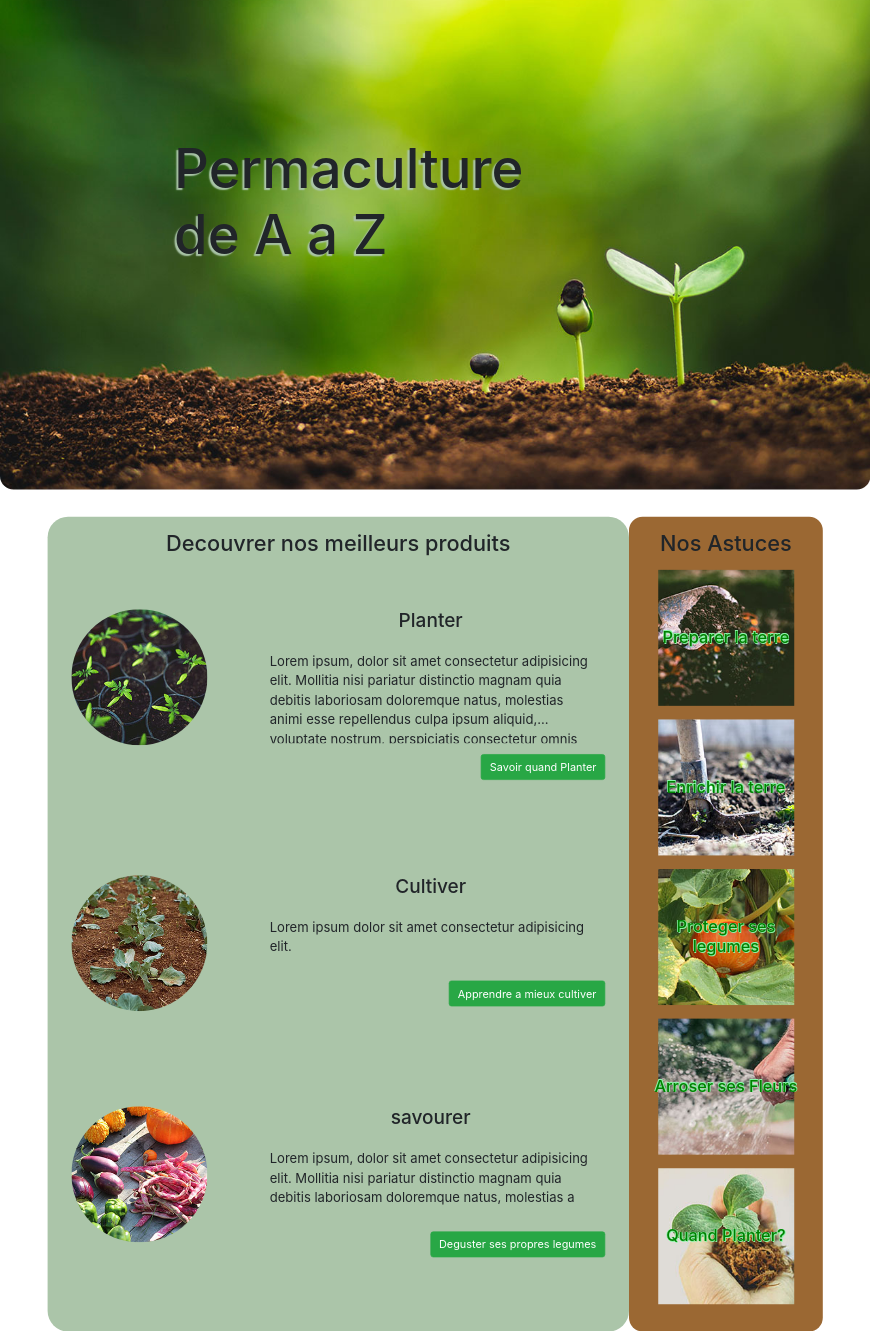
Repository: ahthionkevin/permaculture
Page: index.html
An editor plug-in stored every save of this project. The page is shown before and after the next save, followed by the edit.
The browser window is 1280 px wide. The pictures show the whole page, at 68% of full size.
Backgrounds fixed to the window are drawn as part of the page.

Above is the page before, as saved 2021-07-06 22:17:51.

### index.html
<!DOCTYPE html>
<html lang="fr">
<head>
    <meta charset="UTF-8">
    <meta http-equiv="X-UA-Compatible" content="IE=edge">
    <meta name="viewport" content="width=device-width, initial-scale=1.0">
    <title>Document</title>
    <link rel="stylesheet" href="./bootstrap.css">
    <link rel="stylesheet" href="./style.css">
</head>
<body>
    <header>
        <h1>Permaculture <br>de A a Z</h1>
    </header>
    <div class="container">
        <div class="row">
            <div class="col-lg-9" id="leftPart">
                <h2>Decouvrer nos meilleurs produits</h2>
                <div class="container">
                    <div class="row element">
                        <div class="col-sm-4">
                            <img src="./media/planter.jpg" alt="planter">
                        </div>
                        <div class="col-sm-8">
                            <h3>Planter</h3>
                            <p>Lorem ipsum, dolor sit amet consectetur adipisicing elit. Mollitia nisi pariatur distinctio magnam quia debitis laboriosam doloremque natus, molestias animi esse repellendus culpa ipsum aliquid, voluptate nostrum, perspiciatis consectetur omnis ipsa beatae? Debitis commodi rem voluptatum porro illo accusantium voluptas.</p>
                            <div class="bouton">
                                <button class="btn btn-success">Savoir quand Planter</button>
                            </div>

                        </div>
                    </div>

                    <div class="row element">
                        <div class="col-sm-4">
                            <img src="./media/cultiver.jpg" alt="cultiver">
                        </div>
                        <div class="col-sm-8">
                            <h3>Cultiver</h3>
                            <p>Lorem ipsum dolor sit amet consectetur adipisicing elit.</p>
                            <div class="bouton">
                                <button class="btn btn-success">Apprendre a mieux cultiver</button>
                            </div>

                        </div>
                    </div>

                    <div class="row element">
                        <div class="col-sm-4">
                            <img src="./media/savourer.jpg" alt="savourer">
                        </div>
                        <div class="col-sm-8">
                            <h3>savourer</h3>
                            <p>Lorem ipsum, dolor sit amet consectetur adipisicing elit. Mollitia nisi pariatur distinctio magnam quia debitis laboriosam doloremque natus, molestias a</p>
                            <div class="bouton">
                                <button class="btn btn-success">Deguster ses propres legumes</button>
                            </div>

                        </div>
                    </div>
                </div>
            </div>

            <div class="col-lg-3" id="rightPart">
                <h2>Nos Astuces</h2>
                <div class="tips" style="background: url(./media/preparer.jpeg) no-repeat 50% 50%;">
                    <h4>Preparer la terre</h4>
                </div>

                <div class="tips" style="background: url(./media/enrichir.jpeg) no-repeat 50% 50%;">
                    <h4>Enrichir la terre</h4>
                </div>

                <div class="tips" style="background: url(./media/proteger.jpg) no-repeat 50% 50%;">
                    <h4>Proteger ses legumes</h4>
                </div>

                <div class="tips" style="background: url(./media/arroser.jpg) no-repeat 50% 50%;">
                    <h4>Arroser ses Fleurs</h4>
                </div>

                <div class="tips" style="background: url(./media/quand-planter.jpeg) no-repeat 50% 50%;">
                    <h4>Quand Planter?</h4>
                </div>
            </div>
        </div>
    </div>

</body>
</html>

### style.css
html{
    scroll-behavior: smooth;
}

h2, h3, h4, .nav-item, #transition, footer{
    text-align: center;
}

header{
    background: url(./media/main.jpg) no-repeat fixed 50% 50%;
    background-size: cover;
    height: 100vh;
    border-radius: 0 0 20px 20px;
    margin-bottom: 40px;
}

h1{
    font-size: 5rem;
    padding: 200px 0 0 20%;
    text-shadow: -3px 3px 2px #abc5a9;
    animation: titre ease 3.5s;
}

@keyframes titre {
    0%{
        opacity: 0;
        transform: translate(0px,180px);
    }
    100%{
        opacity: 1;
        transform: translate(0px,0px);
    }
}


/* *******************LEFT PART***************** */
#leftPart{
    background-color: #abc5a9;
    border-radius: 30px;
    padding: 20px;
}

.element{
    padding: 70px 0;
}

.element img{
    border-radius: 50%;
    width: 200px;
}

.element p{
    font-size: 1.2rem;
    display: -webkit-box;
    -webkit-box-orient: vertical;
    -webkit-line-clamp: 4;
    overflow: hidden;
    padding: 20px;
}
.element .bouton{
    text-align: right;
    max-width: 15px 4% 0 0;
}


/* ***************RIGHT PART*********** */
#rightPart{
    background-color: #9b6833;
    border-radius: 20px;
    padding: 20px;
}

.tips{
    height: 200px;
    margin: 20px auto;
}

.tips h4{
    position: relative;
    color: green;
    top: 50%;
    transform: translateY(-50%);
    text-shadow: 1px 1px 0  #8cf5a9,1px -1px 0  #8cf5a9,-1px -1px 0  #8cf5a9;
}

Loaded but not shown: bootstrap.css (library)

After the next save:
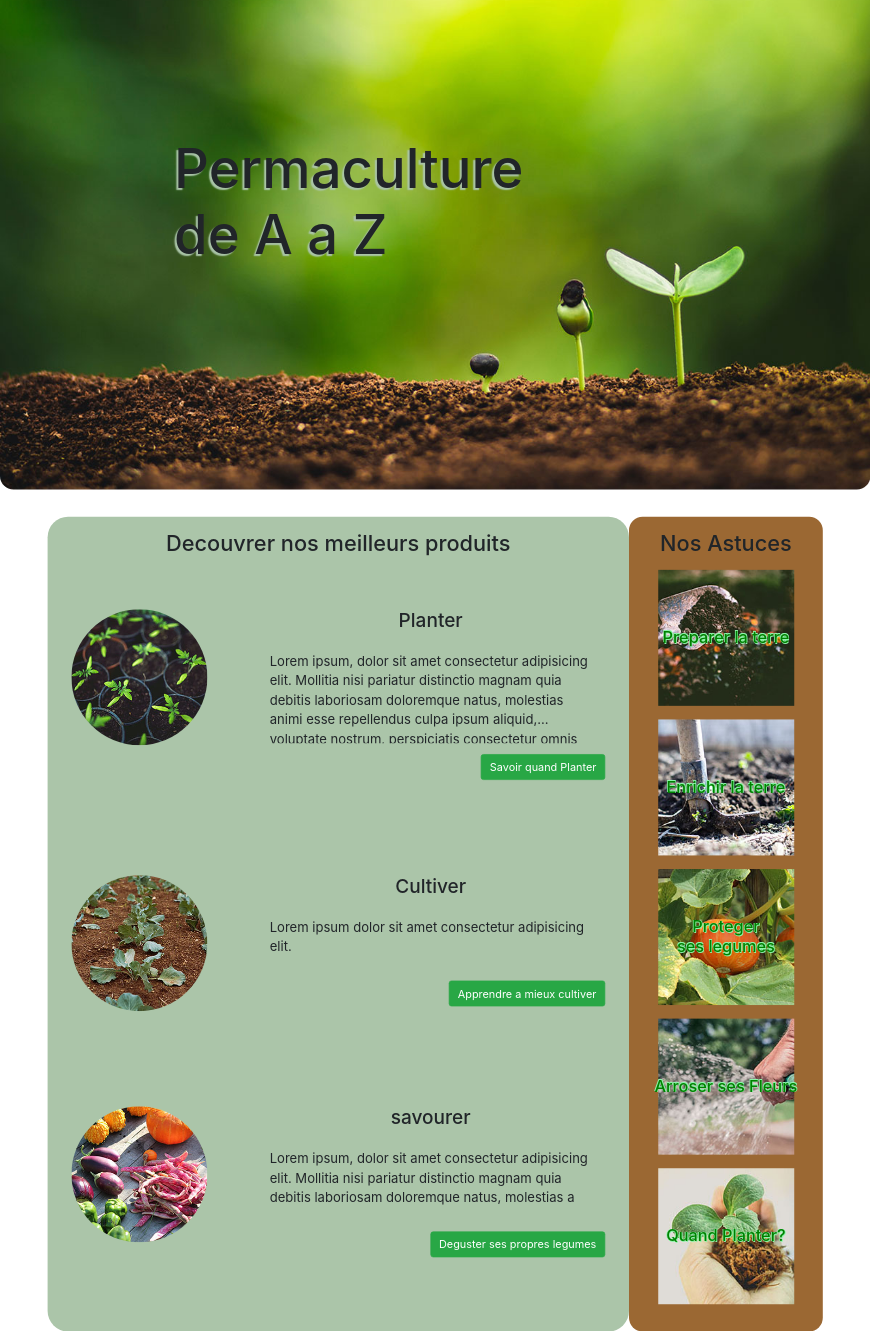
Saved 33 s later.
--- a/index.html
+++ b/index.html
@@ -72,7 +72,7 @@
                 </div>
 
                 <div class="tips" style="background: url(./media/proteger.jpg) no-repeat 50% 50%;">
-                    <h4>Proteger ses legumes</h4>
+                    <h4>Proteger <br>ses legumes</h4>
                 </div>
 
                 <div class="tips" style="background: url(./media/arroser.jpg) no-repeat 50% 50%;">
